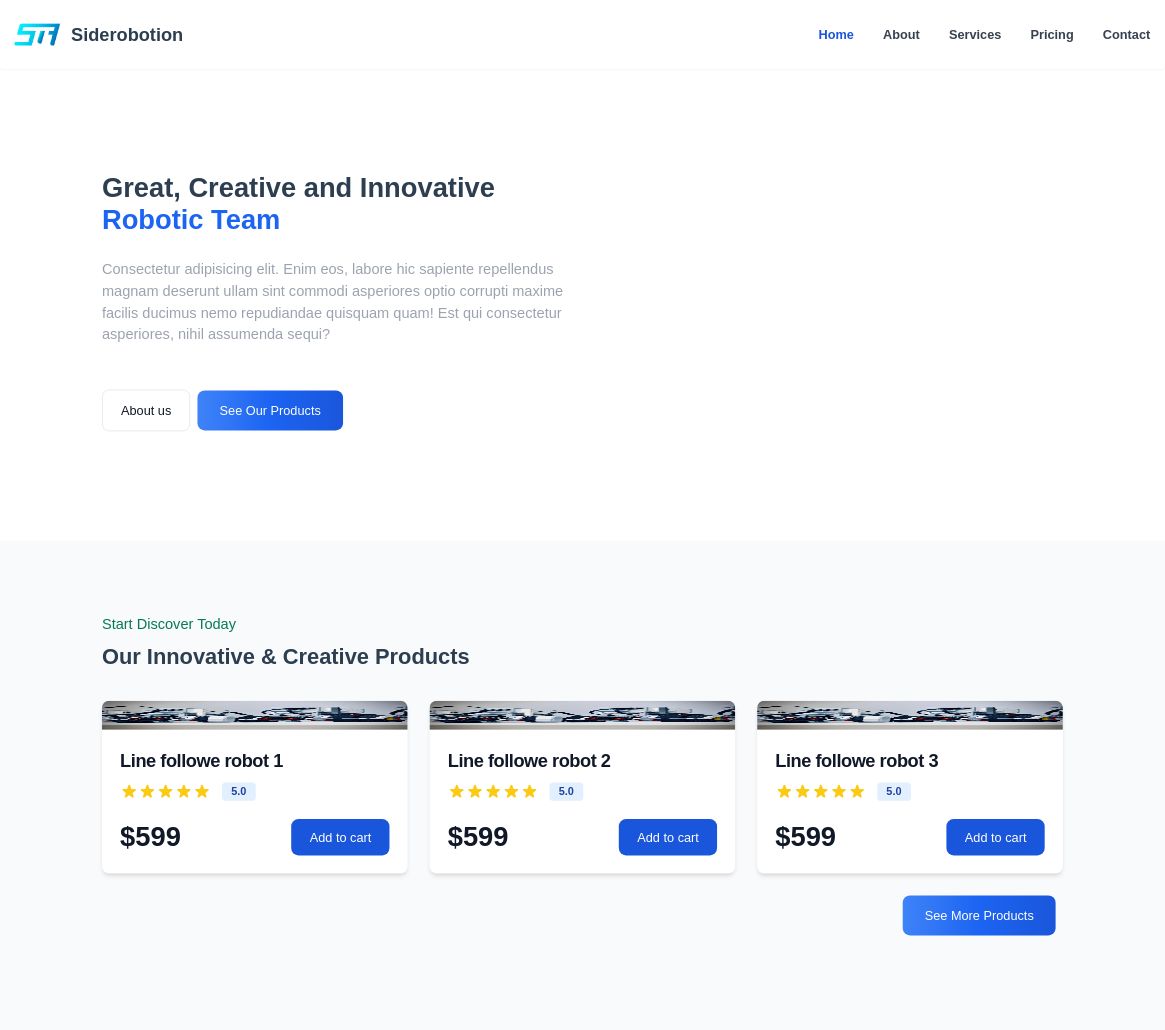
Repository: khulqu15/siderobotion
Page: /
The author's editor kept a copy of each file at every save. The page is drawn from the files as they stood at one save, then again after the next save.
The browser window is 1280 px wide. The pictures show the whole page, at 91% of full size.
The project was rebuilt for these pictures with package versions that can differ from the ones it lists, and the page was loaded fresh each time. Also part of the build but not shown: vue.config.js.

Above is the page before, as saved 2022-06-12 02:42:35.

After the next save:
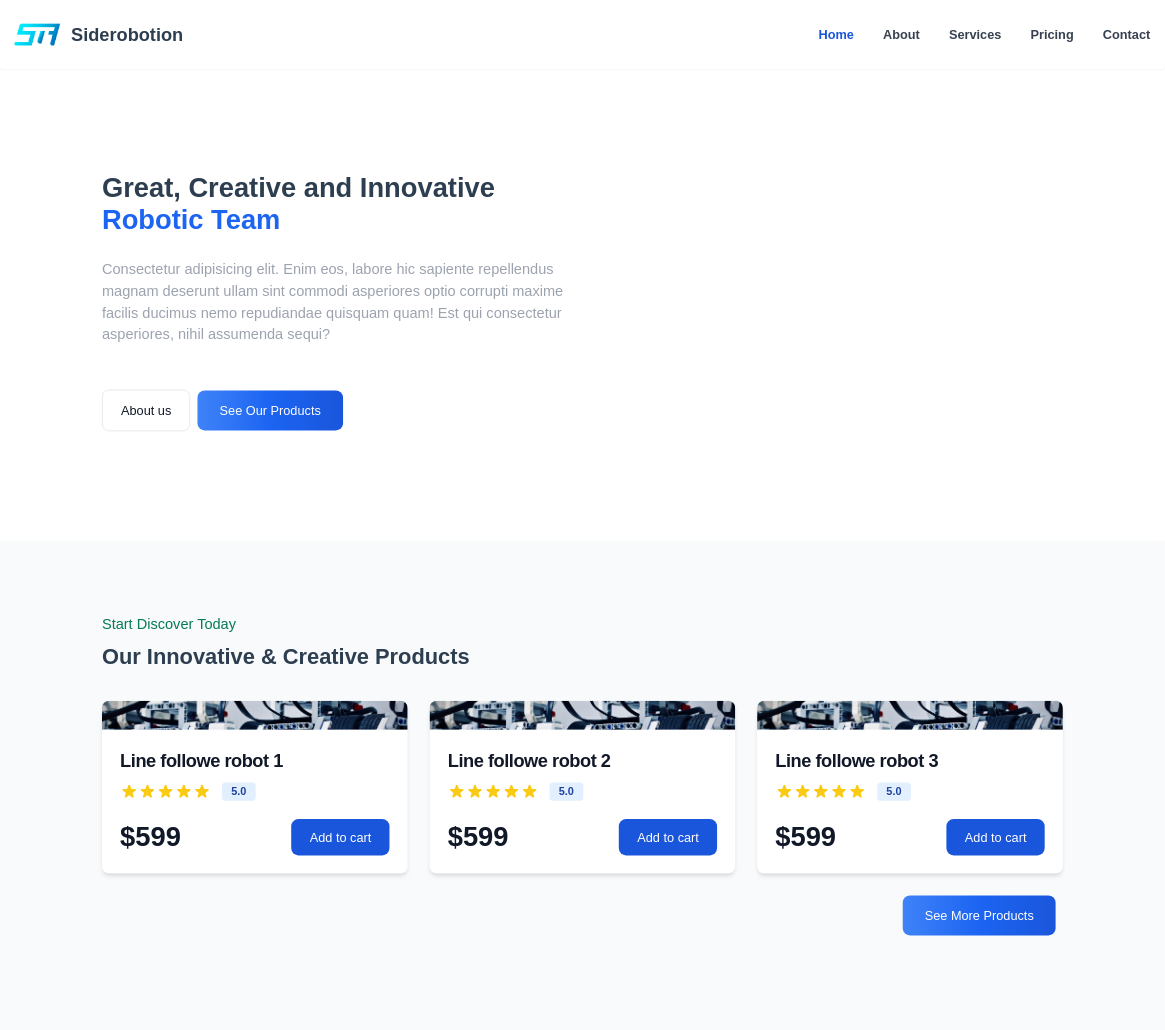
Saved 4 s later.
--- a/src/views/HomeView.vue
+++ b/src/views/HomeView.vue
@@ -19,7 +19,7 @@
         <div v-for="(item, index) in 3" :key="index">
           <div class="w-full bg-white rounded-lg shadow-md dark:bg-gray-800 dark:border-gray-700">
             <a href="#">
-              <img class="rounded-t-lg h-8 w-full object-fit" :src="require('@/assets/images/product.webp')" alt="product image" />
+              <img class="rounded-t-lg h-8 w-full object-cover" :src="require('@/assets/images/product.webp')" alt="product image" />
             </a>
             <div class="p-5">
               <a href="#">
